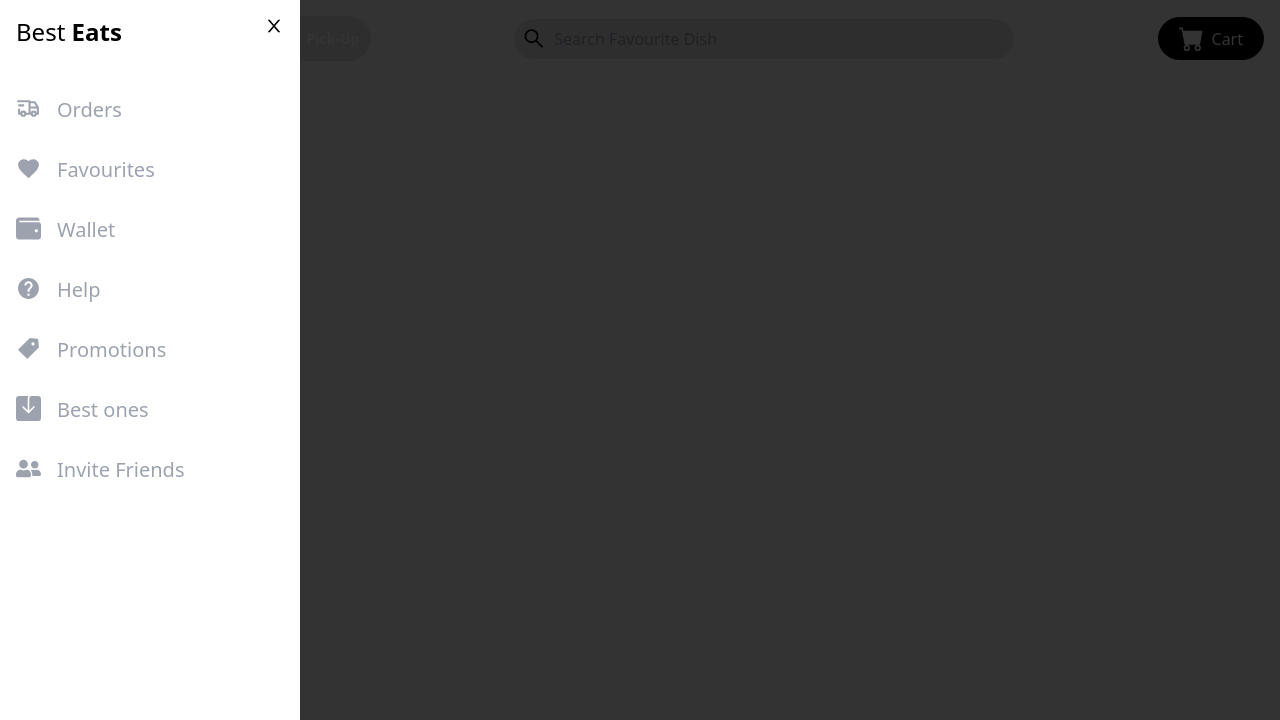
Repository: remydev47/best-eats
Page: /
The author's editor kept a copy of each file at every save. The page is drawn from the files as they stood at one save, then again after the next save.
The browser window is 1280 px wide. The pictures show the whole page.
The project was rebuilt for these pictures with package versions that can differ from the ones it lists, and the page was loaded fresh each time. Also part of the build but not shown: src/App.css.

Above is the page before, as saved 2022-08-01 21:22:33.

After the next save:
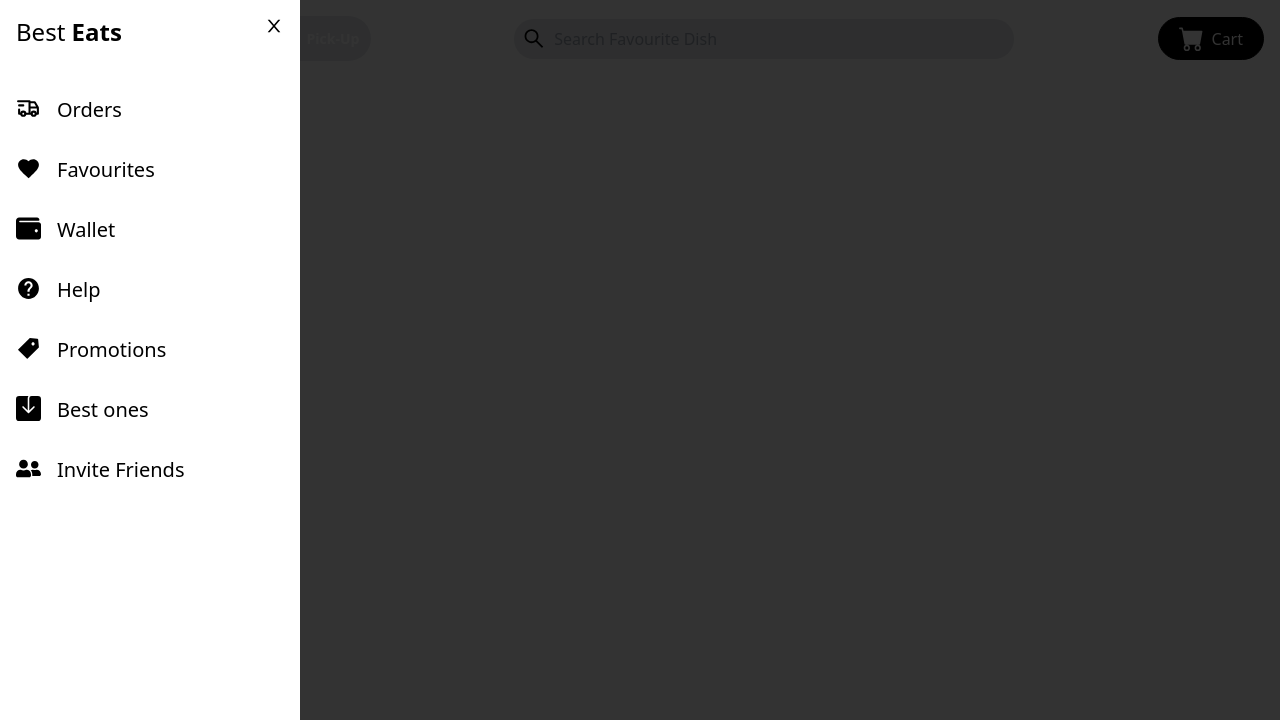
Saved 26 s later.
--- a/src/components/Navbar.js
+++ b/src/components/Navbar.js
@@ -41,7 +41,7 @@
         <AiOutlineClose size={20} className="absolute right-4 top-4 cursor-pointer"/>
         <h2 className='text-2xl p-4'>Best <span className='font-bold text-black'>Eats</span></h2>
         <nav>
-          <ul className='flex flex-col p-4 text-gray-400'>
+          <ul className='flex flex-col p-4 '>
             <l1 className={styles.eat}>
               <TbTruckDelivery size={25} className='mr-4'/>
               Orders
